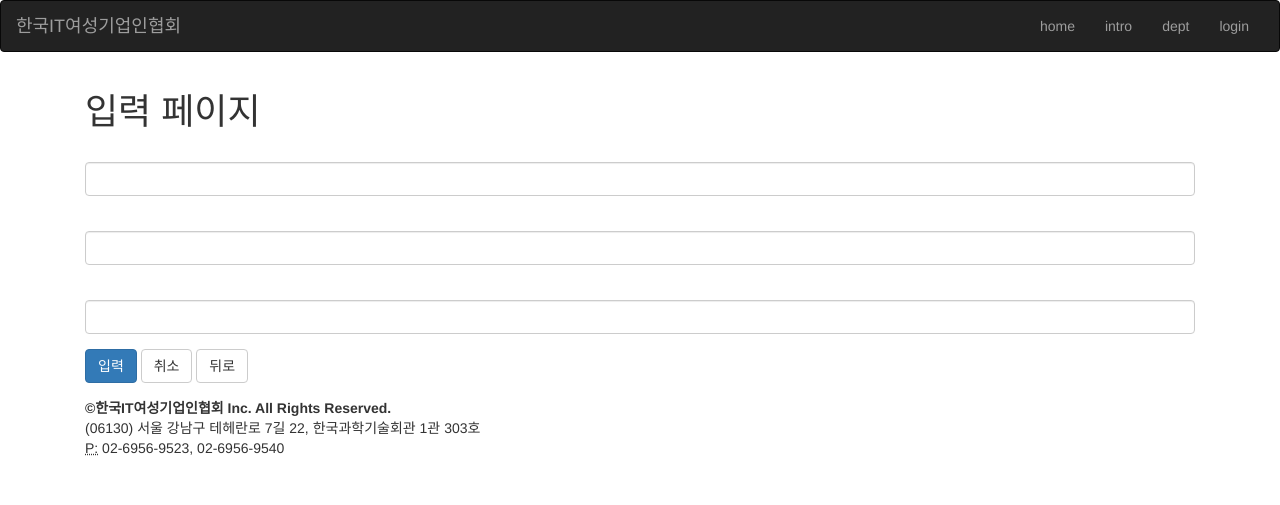
Repository: minho00123/sw-professional-training
Page: http://localhost/sts05/WEB-INF/views/dept/one.jsp
An editor plug-in stored every save of this project. The page is shown before and after the next save, followed by the edit.
The browser window is 1280 px wide. The pictures show the whole page.
The page is served by Tomcat 9. Nobody is signed in. Other server files are loaded and not shown. The template is opened directly, without the code that normally fills it, so the values that code supplies are empty.

Above is the page before, as saved 2025-05-19 05:23:41.

### stsWorkspace/sts05/src/main/webapp/WEB-INF/views/dept/one.jsp
<%@ page language="java" contentType="text/html; charset=UTF-8"
	pageEncoding="UTF-8"%>
<!DOCTYPE html>
<html>
<head>
<meta charset="UTF-8">
<title>Insert title here</title>
<%@ include file="../layout/header.jspf"%>
</head>
<body>
	<%@ include file="../layout/menu.jspf"%>
	<h1>입력 페이지</h1>
	<form class="form" action="add" method="post">
		<div class="form-group">
			<label></label><input name="deptno" class="form-control" />
		</div>
		<div class="form-group">
			<label></label><input name="dname" class="form-control" />
		</div>
		<div class="form-group">
			<label></label><input name="" class="form-control" />
		</div>
		<div class="form-group">
			<button type="submit" class="btn btn-primary">입력</button>
			<button type="reset" class="btn btn-default">취소</button>
			<button type="button" class="btn btn-default"
				onclick="history.back();">뒤로</button>
		</div>
	</form>
	<%@ include file="../layout/footer.jspf"%>
</body>
</html>

### stsWorkspace/sts05/src/main/webapp/WEB-INF/views/layout/header.jspf
<%@ page language="java" contentType="text/html; charset=UTF-8"
    pageEncoding="UTF-8"%>
<%@ taglib prefix="c" uri="http://java.sun.com/jsp/jstl/core" %>
<link rel="stylesheet" type="text/css"
	href="${pageContext.request.contextPath }/css/bootstrap.min.css">
<link rel="stylesheet" type="text/css"
	href="${pageContext.request.contextPath }/fonts/glyphicons-halflings-regular.ttf">
<!-- jQuery (necessary for Bootstrap's JavaScript plugins) -->
<script src="https://code.jquery.com/jquery-1.12.4.min.js"
	integrity="sha384-nvAa0+6Qg9clwYCGGPpDQLVpLNn0fRaROjHqs13t4Ggj3Ez50XnGQqc/r8MhnRDZ"
	crossorigin="anonymous"></script>
<script type="text/javascript"
	src="${pageContext.request.contextPath }/js/bootstrap.min.js"></script>

### stsWorkspace/sts05/src/main/webapp/WEB-INF/views/layout/menu.jspf
<%@ page language="java" contentType="text/html; charset=UTF-8"
    pageEncoding="UTF-8"%>
	<nav class="navbar navbar-inverse">
		<div class="container-fluid">
			<div class="navbar-header">
				<button type="button" class="navbar-toggle collapsed"
					data-toggle="collapse" data-target="#bs-example-navbar-collapse-1"
					aria-expanded="false">
					<span class="sr-only">Toggle navigation</span> <span
						class="icon-bar"></span> <span class="icon-bar"></span> <span
						class="icon-bar"></span>
				</button>
				<a class="navbar-brand" href="${pageContext.request.contextPath }/">
					한국IT여성기업인협회 </a>
			</div>
			<div class="collapse navbar-collapse"
				id="bs-example-navbar-collapse-1">
				<ul class="nav navbar-nav navbar-right">
					<li><a href="${pageContext.request.contextPath }/">home</a></li>
					<li><a href="${pageContext.request.contextPath }/intro">intro</a></li>
					<li><a href="${pageContext.request.contextPath }/dept/list">dept</a></li>
					<li><a href="${pageContext.request.contextPath }/login/">login</a></li>
				</ul>
			</div>
		</div>
	</nav>
	<div class="container">
		<div class="col-md-12">
			<!-- begin -->

### stsWorkspace/sts05/src/main/webapp/WEB-INF/views/layout/footer.jspf
<%@ page language="java" contentType="text/html; charset=UTF-8"
    pageEncoding="UTF-8"%>
<!-- end -->
		</div>
		<div class="col-md-12">
			<address>
				<strong>©한국IT여성기업인협회 Inc. All Rights Reserved.</strong><br>
				(06130) 서울 강남구 테헤란로 7길 22, 한국과학기술회관 1관 303호<br> <abbr
					title="Phone">P:</abbr> 02-6956-9523, 02-6956-9540
			</address>
		</div>
	</div>

Loaded but not shown: stsWorkspace/sts05/src/main/webapp/css/bootstrap.min.css (library); stsWorkspace/sts05/src/main/webapp/js/bootstrap.min.js (library)

After the next save:
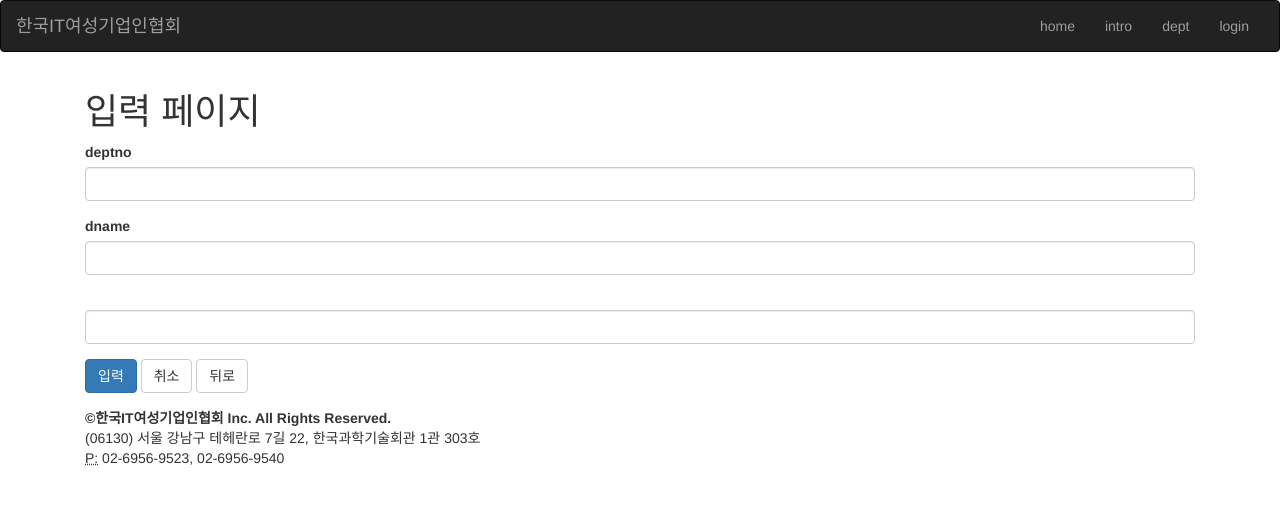
Saved 6 s later.
--- a/stsWorkspace/sts05/src/main/webapp/WEB-INF/views/dept/one.jsp
+++ b/stsWorkspace/sts05/src/main/webapp/WEB-INF/views/dept/one.jsp
@@ -12,13 +12,13 @@
 	<h1>입력 페이지</h1>
 	<form class="form" action="add" method="post">
 		<div class="form-group">
-			<label></label><input name="deptno" class="form-control" />
+			<label>deptno</label><input name="deptno" class="form-control" />
 		</div>
 		<div class="form-group">
-			<label></label><input name="dname" class="form-control" />
+			<label>dname</label><input name="dname" class="form-control" />
 		</div>
 		<div class="form-group">
-			<label></label><input name="" class="form-control" />
+			<label></label><input name="loc" class="form-control" />
 		</div>
 		<div class="form-group">
 			<button type="submit" class="btn btn-primary">입력</button>
